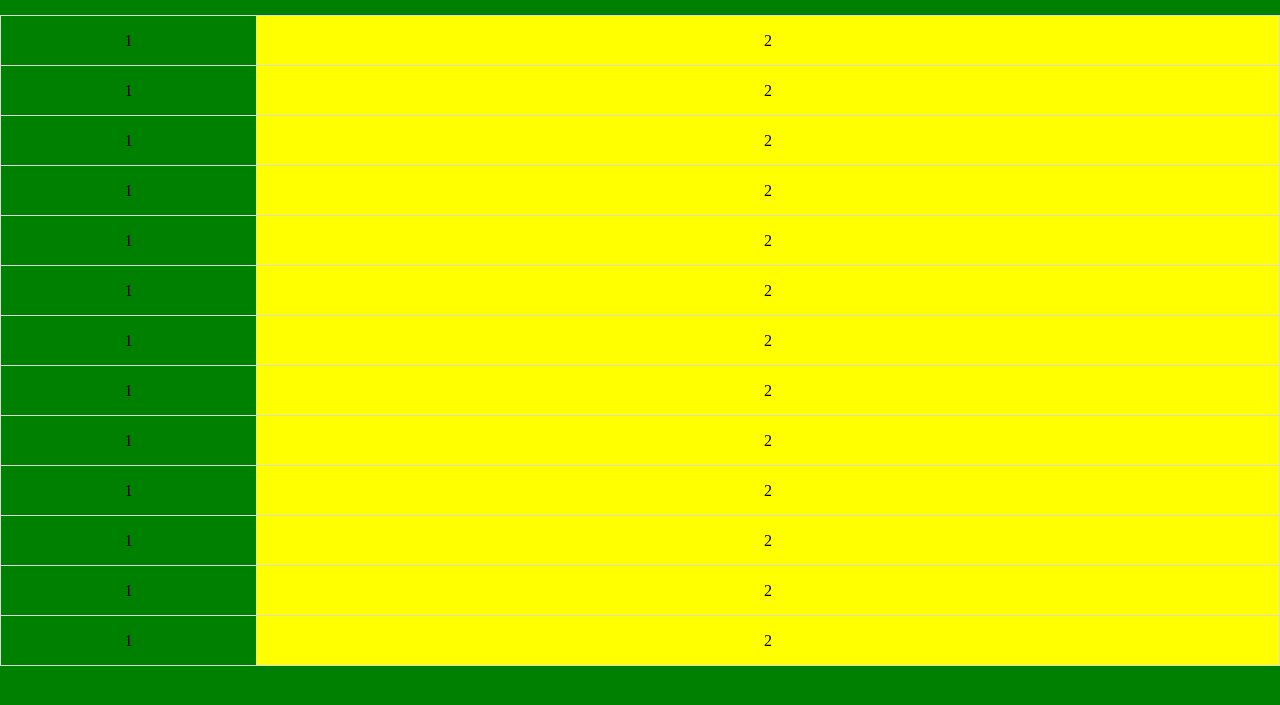
Repository: wangxinjun08231116/Html5Views
Page: WangXinJun/WebContent/htmls/ChangYongMark/table.html
An editor plug-in stored every save of this project. The page is shown before and after the next save, followed by the edit.
The browser window is 1280 px wide. The pictures show the whole page.

Above is the page before, as saved 2015-02-04 04:31:51.

After the next save:
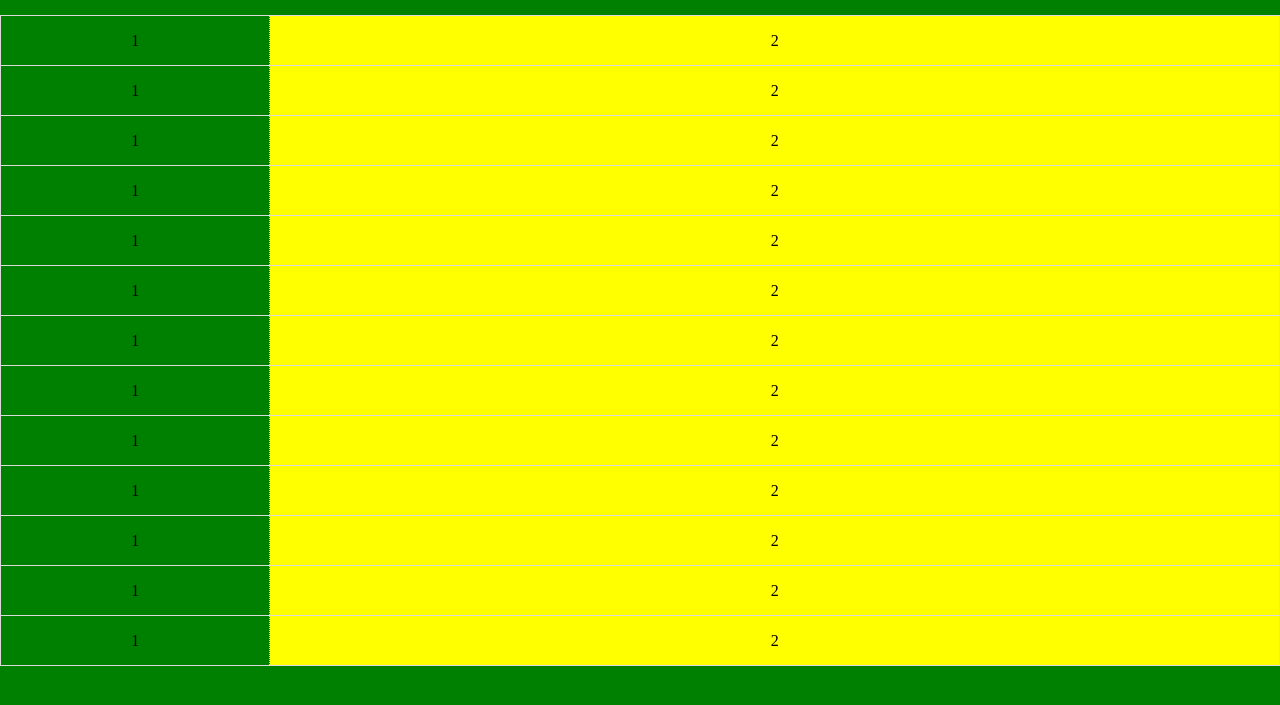
Saved 79 s later.
--- a/WangXinJun/WebContent/css/ChangYongMark/table.css
+++ b/WangXinJun/WebContent/css/ChangYongMark/table.css
@@ -37,7 +37,7 @@ table{
 
 }
 .td_second{
-	width: 80%;
+	width: 75%;
 	vertical-align: middle;
 	background-color:yellow;
 	text-align:center;
